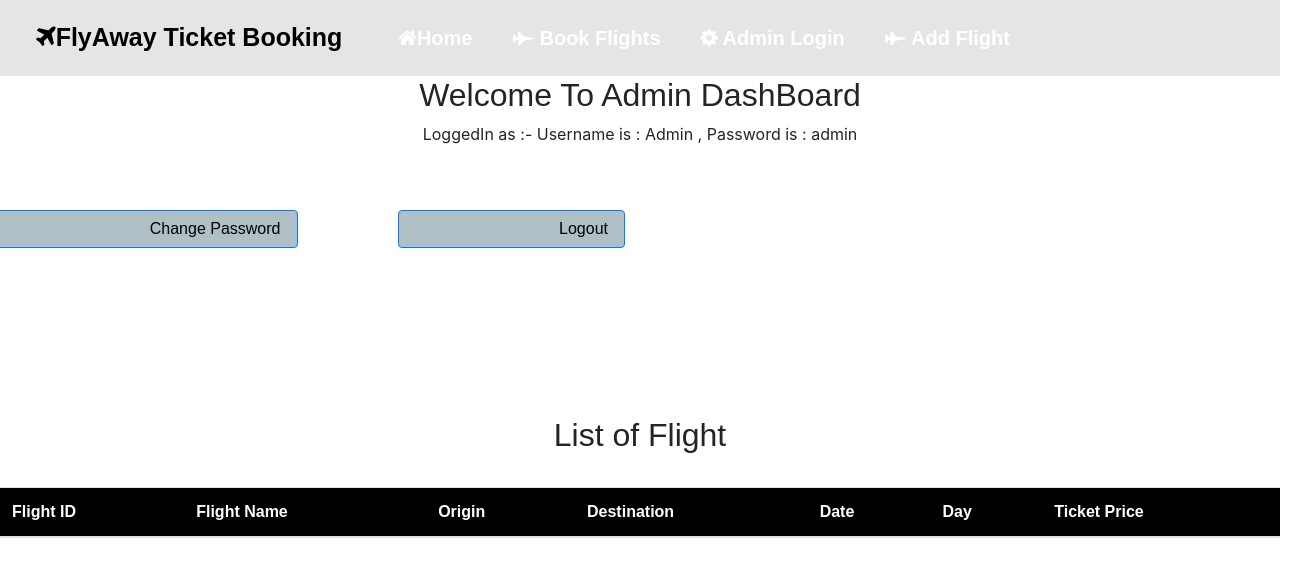
Repository: sayrabano/Phase2-project
Page: http://localhost/FlyAway/adminDashboard.jsp
The author's editor kept a copy of each file at every save. The page is drawn from the files as they stood at one save, then again after the next save.
The browser window is 1280 px wide. The page is 1295 px wide, so the pictures cover 1295 px, including what lies to the right of the window. The pictures show the whole page.
Some web fonts or font styles are not loaded; a fallback is used. The page is served by Tomcat 9. Other server files are loaded and not shown. Queries for data that is not in the repository find no rows.

Above is the page before, as saved 2021-09-24 20:14:21.

### FlyAway/src/main/webapp/adminDashboard.jsp
<%@ page language="java" contentType="text/html; charset=ISO-8859-1"
	pageEncoding="ISO-8859-1"%>
<%@page import="java.sql.*"%>
<%@page import=" com.flyaway.LogIn"%>

<%
String driverName = "com.mysql.cj.jdbc.Driver";
String Url = "jdbc:mysql://localhost:3306/flyaway";

String userId = "root";
String password = "say123";

try {
	Class.forName(driverName);
} catch (ClassNotFoundException e) {
	e.printStackTrace();
}
Connection connection = null;
Statement statement = null;
ResultSet resultSet = null;
%>

<!DOCTYPE html>
<html>
<head>
<meta charset="ISO-8859-1">
<title>FlyAway</title>
<link rel="stylesheet"
	href="https://cdnjs.cloudflare.com/ajax/libs/font-awesome/4.7.0/css/font-awesome.min.css">
<!-- Required meta tags -->
<meta charset="utf-8">
<meta name="viewport"
	content="width=device-width, initial-scale=1, shrink-to-fit=no">

<!-- Bootstrap CSS -->
<link rel="stylesheet"
	href="https://maxcdn.bootstrapcdn.com/bootstrap/4.0.0/css/bootstrap.min.css"
	integrity="sha384-Gn5384xqQ1aoWXA+058RXPxPg6fy4IWvTNh0E263XmFcJlSAwiGgFAW/dAiS6JXm"
	crossorigin="anonymous">
<link rel="stylesheet"
	href="https://cdnjs.cloudflare.com/ajax/libs/font-awesome/4.7.0/css/font-awesome.min.css">
<link
	href="https://fonts.googleapis.com/css2?family=Baloo+Bhai+2:wght@500&display=swap"
	rel="stylesheet">
<link
	href="https://fonts.googleapis.com/css2?family=Ubuntu:ital,wght@1,700&display=swap"
	rel="stylesheet">
<link rel="stylesheet" href="CSS/style7.css" />
<style>
</style>
</head>

<body>

	<nav class="navbar navbar-expand-lg navbar-light bg-custom" id="navbar">





		<a class="navbar-brand" id="tag"><i class="fa fa-plane"
			aria-hidden="true"></i>FlyAway Ticket Booking</a>


		<div class="collapse navbar-collapse" id="navbarSupportedContent">
			<ul class="navbar-nav mr-auto">
				<li class="nav-item"><a class="nav-link" href="Home.jsp"> <i
						class="fa fa-home" aria-hidden="true"></i>Home
				</a></li>

				<li class="nav-item"><a class="nav-link"
					href="option-flightsearch.jsp"><i class="fa fa-fighter-jet"></i>
						Book Flights </a></li>
				<li class="nav-item"><a href="Login.jsp" class="nav-link"><i
						class="fa fa-gear"></i> Admin Login</a></li>
						<li class="nav-item"><a href="#" class="nav-link">
						<i class="fa fa-fighter-jet"></i> Add Flight</a></li>




			</ul>



		</div>

	</nav>


	<div>
		<h2>Welcome To Admin DashBoard</h2>
		<p style="text-align:center;"> LoggedIn as :- Username is : <%=LogIn.username %>  , Password is : <%=LogIn.password %> </p>

	<br><br>

	</div>
	<div class="row" align="center">
	<div class="col-lg-3 col-md-4 col-sm-4 mb-4">
           <form action="Changepassword.jsp" method="get">
           <button type="submit" class="btn btn-primary btn">Change Password</button>
		</form>
        </div>
        <div class="col-lg-3 col-md-4col-sm-6 mb-4">
            <form action="LogOut" method="get">
           <button type="submit" class="btn btn-primary btn">Logout</button>
		</form>
        </div>

        </div>
        </div>
         <br><br><br><br><br><br>
               <center><h2>List of Flight</h2></center><br>

				<table class="table table-bodered table striped" align="center">
					<thead class="thead">
						<tr>
							<th scope="col">Flight ID</th>
							<th scope="col">Flight Name</th>
							<th scope="col">Origin</th>
							<th scope="col">Destination</th>
							<th scope="col">Date</th>
							<th scope="col">Day</th>
							<th scope="col">Ticket Price</th>
						</tr>
					</thead>
					<tbody class="tbody">


						<%
						try {
							connection = DriverManager.getConnection(Url, userId, password);
							statement = connection.createStatement();
							String sql = "SELECT * FROM flight_list";
							resultSet = statement.executeQuery(sql);
							while (resultSet.next()) {
						%>
						<tr>
							<td><%=resultSet.getString("Id")%></td>
							<td><%=resultSet.getString("Flight")%></td>
							<td><%=resultSet.getString("Origin")%></td>
							<td><%=resultSet.getString("Destination")%></td>
							<td><%=resultSet.getString("Day")%></td>
							<td><%=resultSet.getString("Date")%></td>
							<td><%=resultSet.getString("Ticket_Price")%></td>
						</tr>
						<%
						}
						} catch (Exception e) {
						e.printStackTrace();
						}

						%>
					</tbody>
				</table>

</body>
</html>

### FlyAway/src/main/webapp/CSS/style7.css
@charset "ISO-8859-1";
@charset "ISO-8859-1";

#navbar{
background-color:rgba(0,0,0,.1) ;
font-family:'Ubuntu', sans-serif;

}


#navbar ul li a{
	color:white;

	font-size:20px;
	font-weight:bold;
	padding:15px 20px;

}
#navbar ul li a:hover{
	color:black;
	background-color:white;
	border-radius:18px;


}


#tag{
	font-size:25px;
 color:black;
 font-weight:bold;


	float:right;
	padding: 10px 20px;

}
#gear{
	margin:2px;
	padding:10px;



}
#gear a:hover{



	background-color:white;


}
h2{
	text-align:center;
	font-family:'Ubuntu', sans-serif;
}
.btn{
	color:black;
	padding-left:10rem;
	padding-right:1rem;
	margin-top: 15;

   background-color:#b0bec5;
	font-family:'Ubuntu', sans-serif;
	float:right;
    display:flex;


}
.thead{
	background-color:#000000;
	font-family:'Ubuntu', sans-serif;
	color:white;
}
.tbody{
	background-color:#b0bec5;
	font-family:'Ubuntu', sans-serif;
}

After the next save:
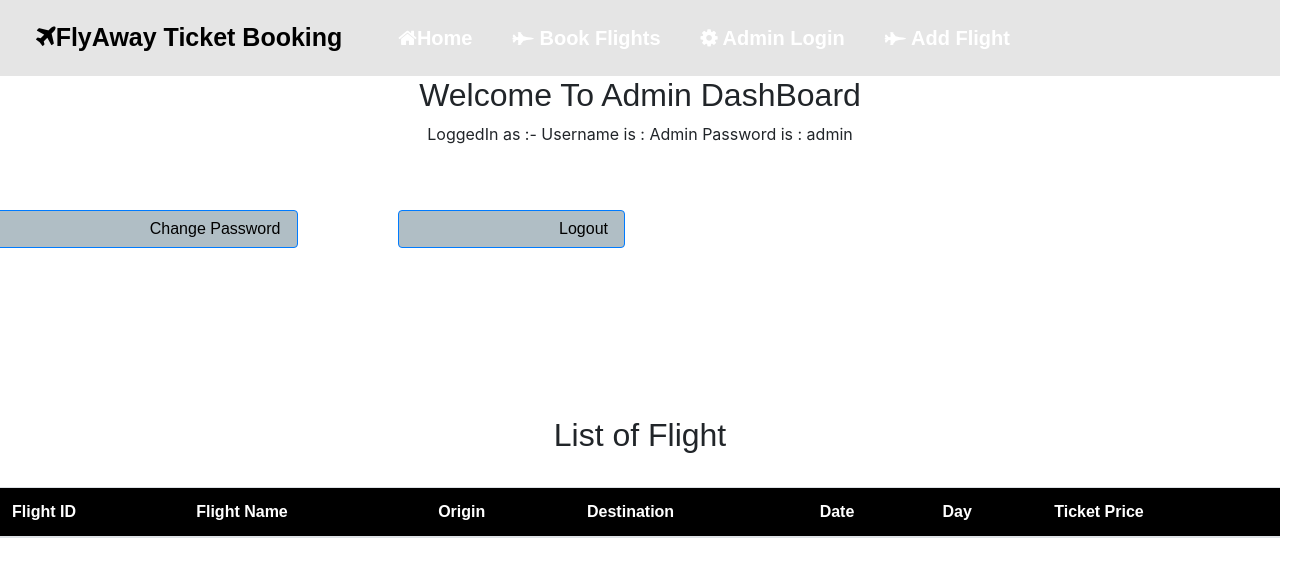
Saved 34 s later.
--- a/FlyAway/src/main/webapp/adminDashboard.jsp
+++ b/FlyAway/src/main/webapp/adminDashboard.jsp
@@ -90,7 +90,9 @@ ResultSet resultSet = null;
 
 	<div>
 		<h2>Welcome To Admin DashBoard</h2>
-		<p style="text-align:center;"> LoggedIn as :- Username is : <%=LogIn.username %>  , Password is : <%=LogIn.password %> </p>
+		<p style="text-align:center;"> LoggedIn as :- Username is : <%=LogIn.username %>
+		Password is : <%=LogIn.password %>
+</p>
 
 	<br><br>
 
